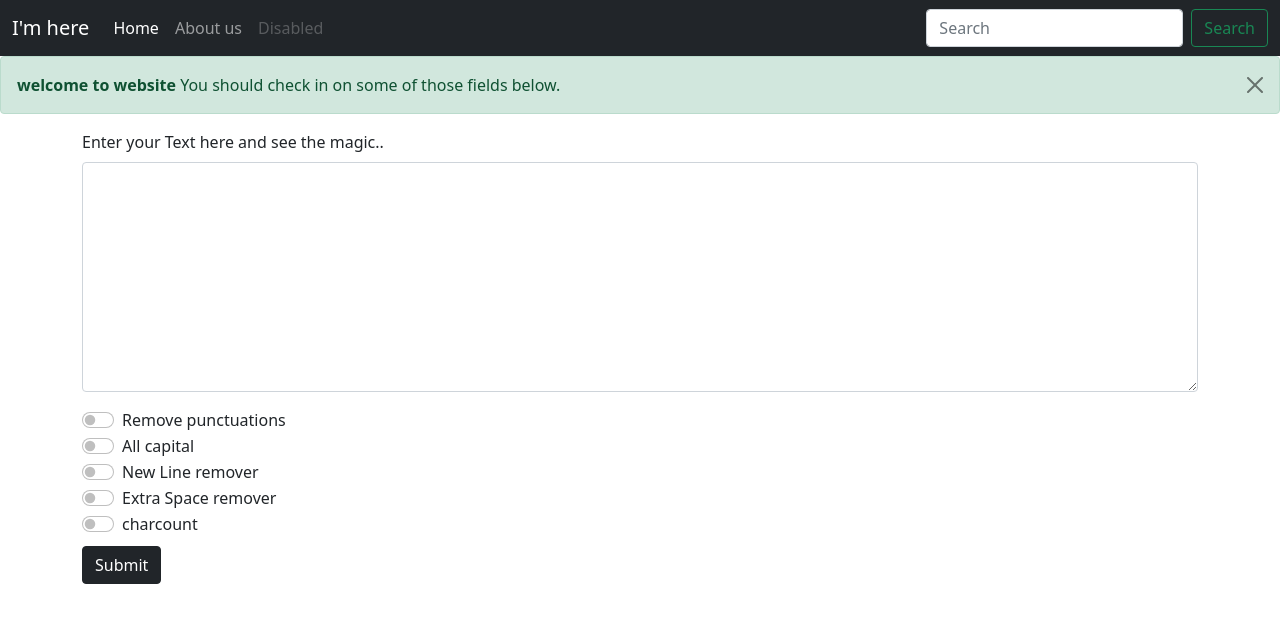
Repository: ritikalohia/Django-beginners-
Page: textutiles/templates/index.html
An editor plug-in stored every save of this project. The page is shown before and after a run of saves, followed by the edit.
The browser window is 1280 px wide. The pictures show the whole page.

Above is the page before, as saved 2021-05-22 20:19:32.

### textutiles/templates/index.html
<!doctype html>
<html lang="en">
  <head>
    <!-- Required meta tags -->
    <meta charset="utf-8">
    <meta name="viewport" content="width=device-width, initial-scale=1">

    <!-- Bootstrap CSS -->
    <link href="https://cdn.jsdelivr.net/npm/bootstrap@5.0.1/dist/css/bootstrap.min.css" rel="stylesheet" integrity="sha384-+0n0xVW2eSR5OomGNYDnhzAbDsOXxcvSN1TPprVMTNDbiYZCxYbOOl7+AMvyTG2x" crossorigin="anonymous">

    <title>i'mhere</title>
    </head>
    <body>

    <nav class="navbar navbar-expand-lg navbar-dark bg-dark">
    <div class="container-fluid">
    <button class="navbar-toggler" type="button" data-bs-toggle="collapse" data-bs-target="#navbarTogglerDemo01" aria-controls="navbarTogglerDemo01" aria-expanded="false" aria-label="Toggle navigation">
      <span class="navbar-toggler-icon"></span>
    </button>
    <div class="collapse navbar-collapse" id="navbarTogglerDemo01">
      <a class="navbar-brand" href="#">I'm here</a>
      <ul class="navbar-nav me-auto mb-2 mb-lg-0">
        <li class="nav-item">
          <a class="nav-link active" aria-current="page" href="#">Home</a>
        </li>
        <li class="nav-item">
          <a class="nav-link" href="#">About us</a>
        </li>
        <li class="nav-item">
          <a class="nav-link disabled" href="#" tabindex="-1" aria-disabled="true">Disabled</a>
        </li>
      </ul>
      <form class="d-flex">
        <input class="form-control me-2" type="search" placeholder="Search" aria-label="Search">
        <button class="btn btn-outline-success" type="submit">Search</button>
      </form>
    </div>
    </div>
    </nav>

    <div class="alert alert-success alert-dismissible fade show" role="alert">
        <strong>welcome to website</strong> You should check in on some of those fields below.
        <button type="button" class="btn-close" data-bs-dismiss="alert" aria-label="Close"></button>
    </div>


    <div class="container">

        <div class="mb-3">
            <label for="exampleFormControlTextarea1" class="form-label">Enter your Text here and see the magic..</label>
            <textarea class="form-control" id="exampleFormControlTextarea1" rows="9"></textarea>
        </div>
        <div class="form-check form-switch">
            <input class="form-check-input" type="checkbox" name="removepunc" id="customSwitch1">
            <label class="form-check-label" for="customSwitch1">Remove punctuations</label>
        </div>
        <div class="form-check form-switch">
            <input class="form-check-input" type="checkbox" name="fullcaps" id="customSwitch2">
            <label class="form-check-label" for="customSwitch2">All capital</label>
        </div>
        <div class="form-check form-switch">
            <input class="form-check-input" type="checkbox" name="newlineremover" id="customSwitch3">
            <label class="form-check-label" for="customSwitch3">New Line remover</label>
        </div>
        <div class="form-check form-switch">
            <input class="form-check-input" type="checkbox" name="spaceremover" id="customSwitch4">
            <label class="form-check-label" for="customSwitch4">Extra Space remover</label>
        </div>
        <div class="form-check form-switch">
            <input class="form-check-input" type="checkbox" name="charcount" id="customSwitch5">
            <label class="form-check-label" for="customSwitch5">charcount</label>
        </div>

        <button type="submit" class="btn btn-dark mt-2">Submit</button>
    </div>

    <!-- Optional JavaScript; choose one of the two! -->

    <!-- Option 1: Bootstrap Bundle with Popper -->
    <script src="https://cdn.jsdelivr.net/npm/bootstrap@5.0.1/dist/js/bootstrap.bundle.min.js" integrity="sha384-gtEjrD/SeCtmISkJkNUaaKMoLD0//ElJ19smozuHV6z3Iehds+3Ulb9Bn9Plx0x4" crossorigin="anonymous"></script>

    <!-- Option 2: Separate Popper and Bootstrap JS -->
    <!--
    <script src="https://cdn.jsdelivr.net/npm/@popperjs/core@2.9.2/dist/umd/popper.min.js" integrity="sha384-IQsoLXl5PILFhosVNubq5LC7Qb9DXgDA9i+tQ8Zj3iwWAwPtgFTxbJ8NT4GN1R8p" crossorigin="anonymous"></script>
    <script src="https://cdn.jsdelivr.net/npm/bootstrap@5.0.1/dist/js/bootstrap.min.js" integrity="sha384-Atwg2Pkwv9vp0ygtn1JAojH0nYbwNJLPhwyoVbhoPwBhjQPR5VtM2+xf0Uwh9KtT" crossorigin="anonymous"></script>
    -->
  </body>
</html>

After the next 3 saves:
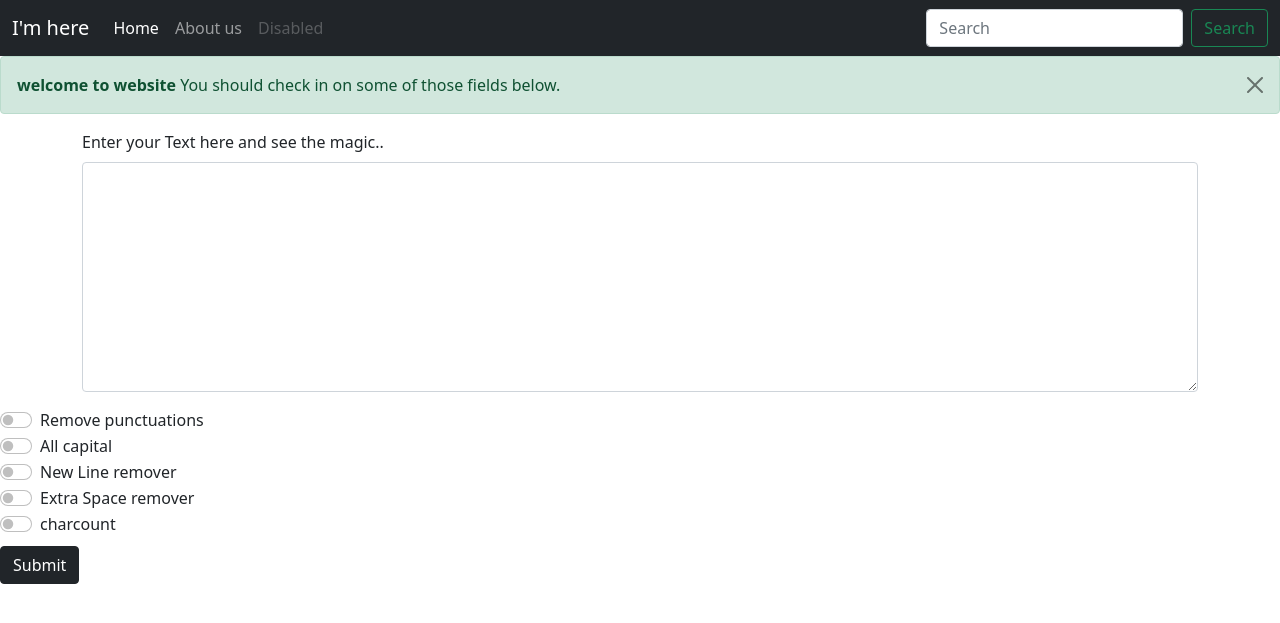
The 3 saves are shown as one change because they came seconds apart.
The last was saved 7 s later.
--- a/textutiles/templates/index.html
+++ b/textutiles/templates/index.html
@@ -45,7 +45,7 @@
 
 
     <div class="container">
-
+    <form action=""
         <div class="mb-3">
             <label for="exampleFormControlTextarea1" class="form-label">Enter your Text here and see the magic..</label>
             <textarea class="form-control" id="exampleFormControlTextarea1" rows="9"></textarea>

After the 4 saves that followed:
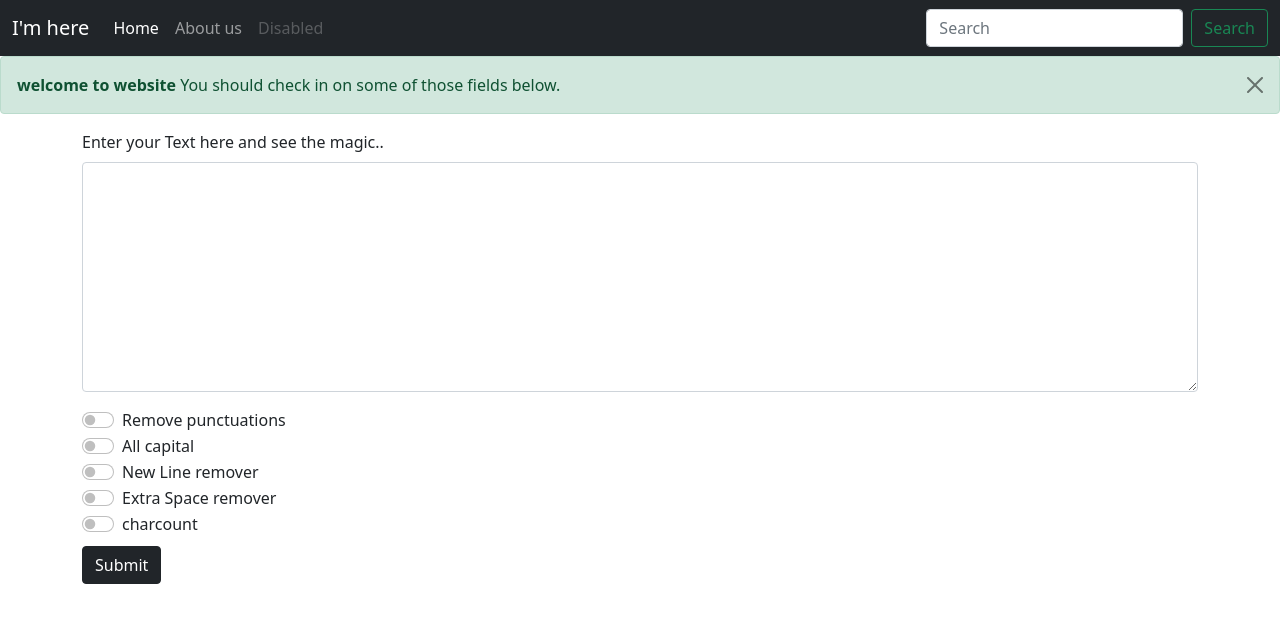
The 4 saves are shown as one change because they came seconds apart.
The last was saved 12 s later.
--- a/textutiles/templates/index.html
+++ b/textutiles/templates/index.html
@@ -45,7 +45,7 @@
 
 
     <div class="container">
-    <form action=""
+    <form action="/analyze" method='get'>
         <div class="mb-3">
             <label for="exampleFormControlTextarea1" class="form-label">Enter your Text here and see the magic..</label>
             <textarea class="form-control" id="exampleFormControlTextarea1" rows="9"></textarea>
